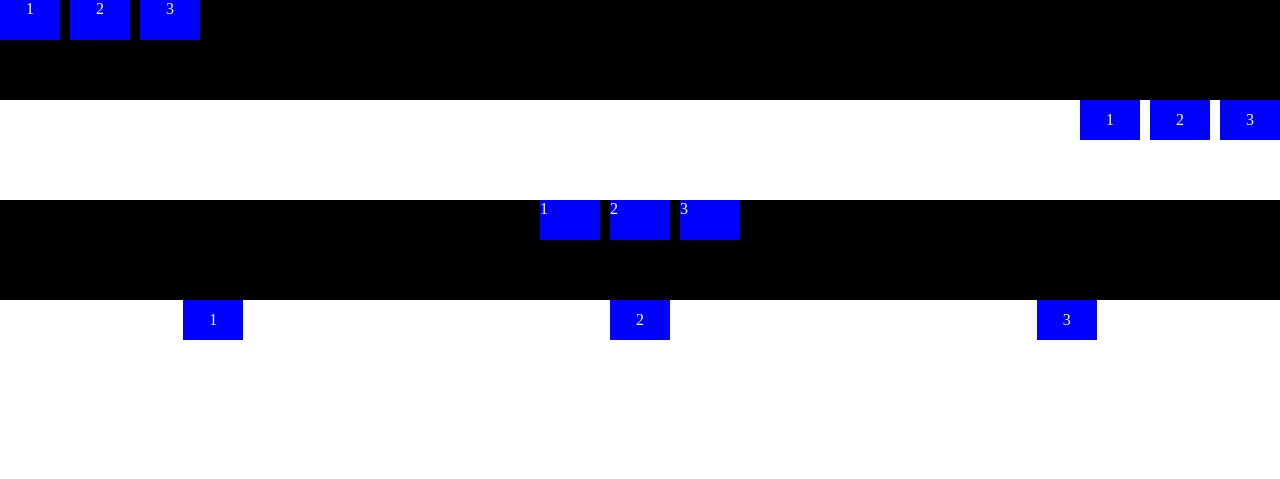
Repository: Elesion08/flexbox
Page: index.html
An editor plug-in stored every save of this project. The page is shown before and after the next save, followed by the edit.
The browser window is 1280 px wide. The pictures show the whole page.

Above is the page before, as saved 2025-04-14 11:41:49.

After the next save:
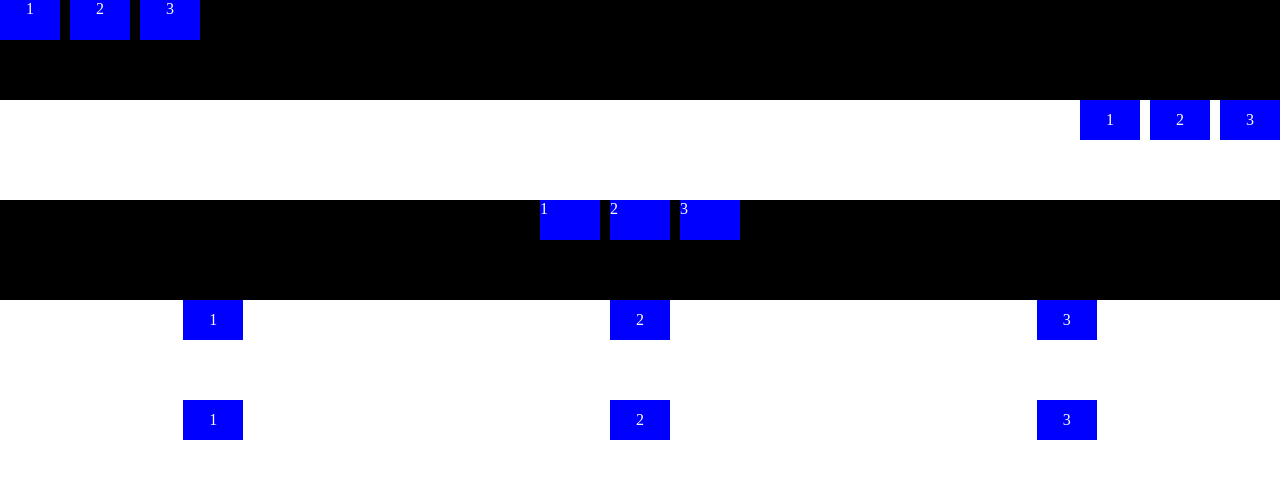
Saved 55 s later.
--- a/index.html
+++ b/index.html
@@ -28,6 +28,11 @@
             <div class="box4">2</div>
             <div class="box4">3</div>
         </div>
+        <div class="container__card4">
+            <div class="box4">1</div>
+            <div class="box4">2</div>
+            <div class="box4">3</div>
+        </div>
     </div>
 </body>
 </html>
